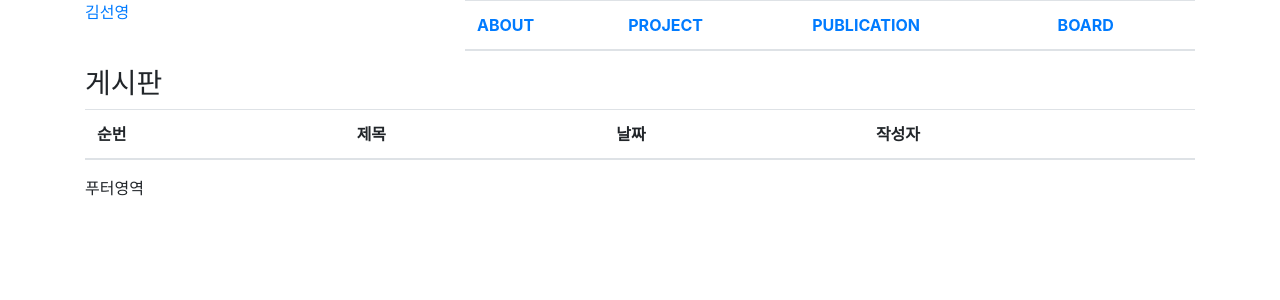
Repository: supremest35/web-projects
Page: http://localhost/noticeboard/board/list.jsp
An editor plug-in stored every save of this project. The page is shown before and after the next save, followed by the edit.
The browser window is 1280 px wide. The pictures show the whole page.
The page is served by Tomcat 9. Other server files are loaded and not shown.

Above is the page before, as saved 2020-12-06 03:36:09.

### noticeboard/WebContent/board/list.jsp
<%@ page language="java" contentType="text/html; charset=UTF-8"
    pageEncoding="UTF-8"%>
<!DOCTYPE html>
<html lang="ko">
<head>
  <title>Bootstrap 4 Example</title>
  <meta charset="utf-8">
  <meta name="viewport" content="width=device-width, initial-scale=1">
  <link rel="stylesheet" href="https://maxcdn.bootstrapcdn.com/bootstrap/4.5.2/css/bootstrap.min.css">
  <script src="https://ajax.googleapis.com/ajax/libs/jquery/3.5.1/jquery.min.js"></script>
  <script src="https://cdnjs.cloudflare.com/ajax/libs/popper.js/1.16.0/umd/popper.min.js"></script>
  <script src="https://maxcdn.bootstrapcdn.com/bootstrap/4.5.2/js/bootstrap.min.js"></script>
</head>
<body>
<div class="container">
	<div class="row">
		<div class="col-2"><a href="index.jsp">김선영</a></div>
		<div class="col-2"></div>
		<div class="col-8">
			<table class="table">
				<thead>
					<tr>
						<th><a href="">ABOUT</a></th>
						<th><a href="">PROJECT</a></th>
						<th><a href="">PUBLICATION</a></th>
						<th><a href="board/list.jsp">BOARD</a></th>
					</tr>
				</thead>
			</table>
		</div>
	</div>
	<div class="row">
		<div class="col-12"><h3>게시판</h3></div>
		<div class="col-12">
			<table class="table table-border">
				<thead>
					<tr>
						<th>순번</th>
						<th colspan="3">제목</th>
						<th>날짜</th>
						<th>작성자</th>
					</tr>
				</thead>
			</table>
		</div>
	</div>
	<div class="row">
		<div class="col-12">푸터영역</div>
	</div>
</div>
</body>
</html>

After the next save:
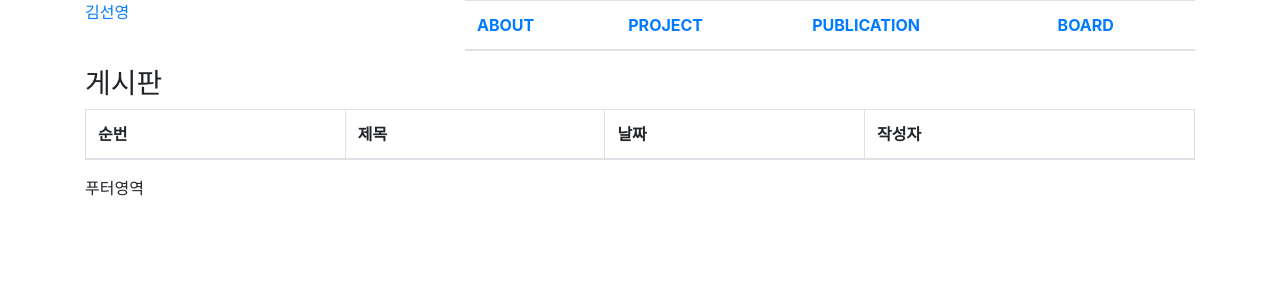
Saved 33 s later.
--- a/noticeboard/WebContent/board/list.jsp
+++ b/noticeboard/WebContent/board/list.jsp
@@ -32,7 +32,7 @@
 	<div class="row">
 		<div class="col-12"><h3>게시판</h3></div>
 		<div class="col-12">
-			<table class="table table-border">
+			<table class="table table-bordered">
 				<thead>
 					<tr>
 						<th>순번</th>
